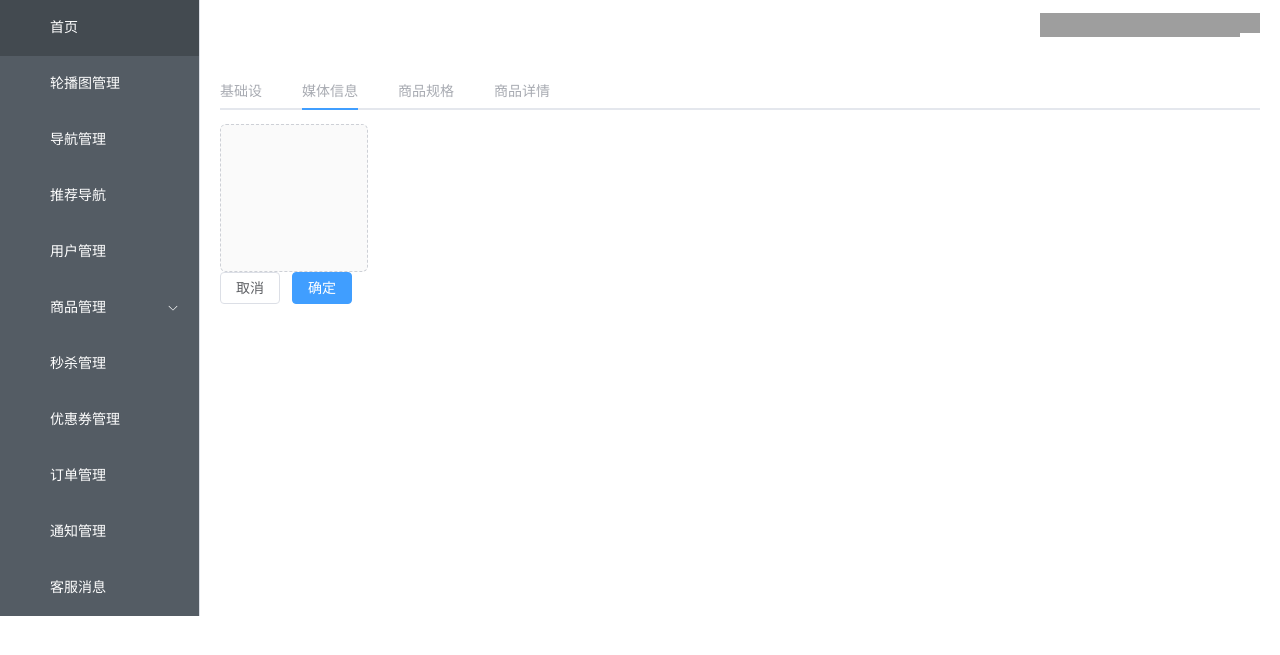
Repository: xinwuhao/CCG
Page: /addgoods
These files come from the project's save history. The page is drawn as it stood at one moment and after the next save; the edit follows.
The browser window is 1280 px wide. The pictures show the whole page.
Pictures or frames that could not be fetched are drawn as grey boxes. The page's requests for data from a server got no answer. The project was rebuilt for these pictures with package versions that can differ from the ones it lists, and the page was loaded fresh each time. No one was signed in, and anything a server would have sent is missing. Also part of the build but not shown: vite.config.ts.

Above is the page before, as saved 2021-09-24 15:00:28.

After the next save:
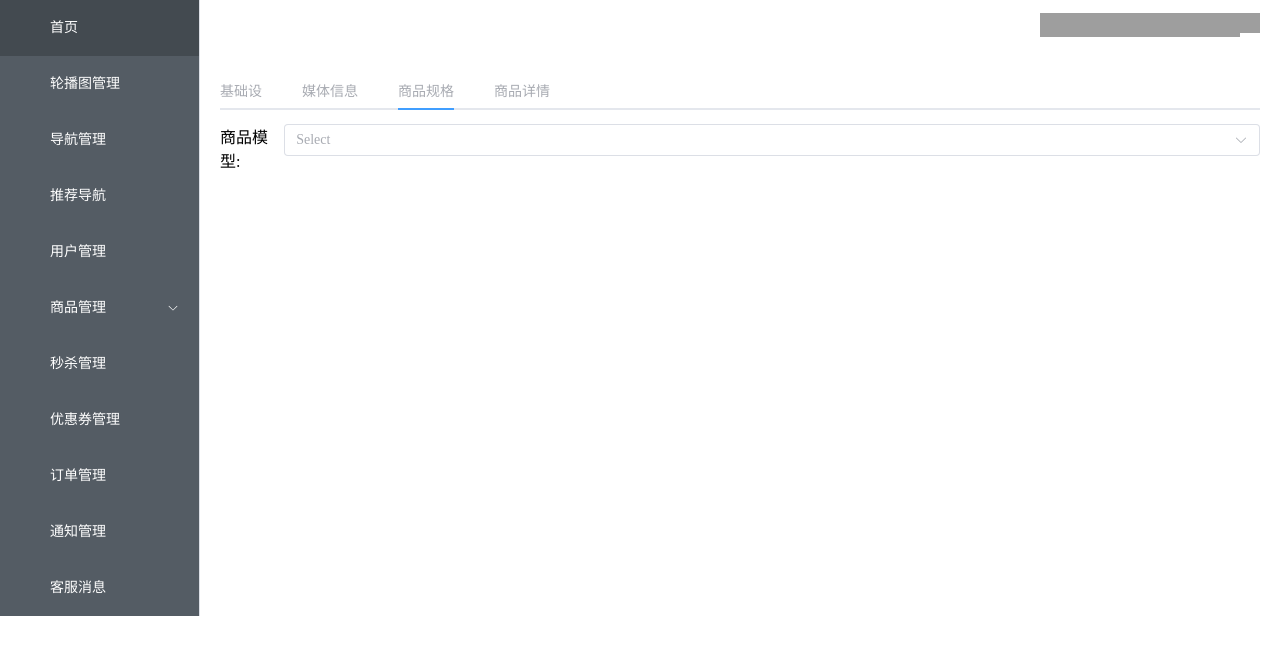
Saved 15 s later.
--- a/src/views/goods/addgoods.vue
+++ b/src/views/goods/addgoods.vue
@@ -192,7 +192,7 @@
         </el-tab-pane>
 
         <el-tab-pane label="商品规格" name="3" disabled>
-          <div style="display: flex;">
+          <div style="display: flex">
             <div>商品模型:</div>
             <el-select
               v-model="swiper.category"
@@ -229,7 +229,7 @@ import { ElMessage } from "element-plus";
 // 输入框
 let input = ref<any>("");
 //切换层
-let judge = ref<string>("2");
+let judge = ref<string>("3");
 //上传图片token
 let abc = { Authorization: localStorage.getItem("token") };
 //接受图片路径
